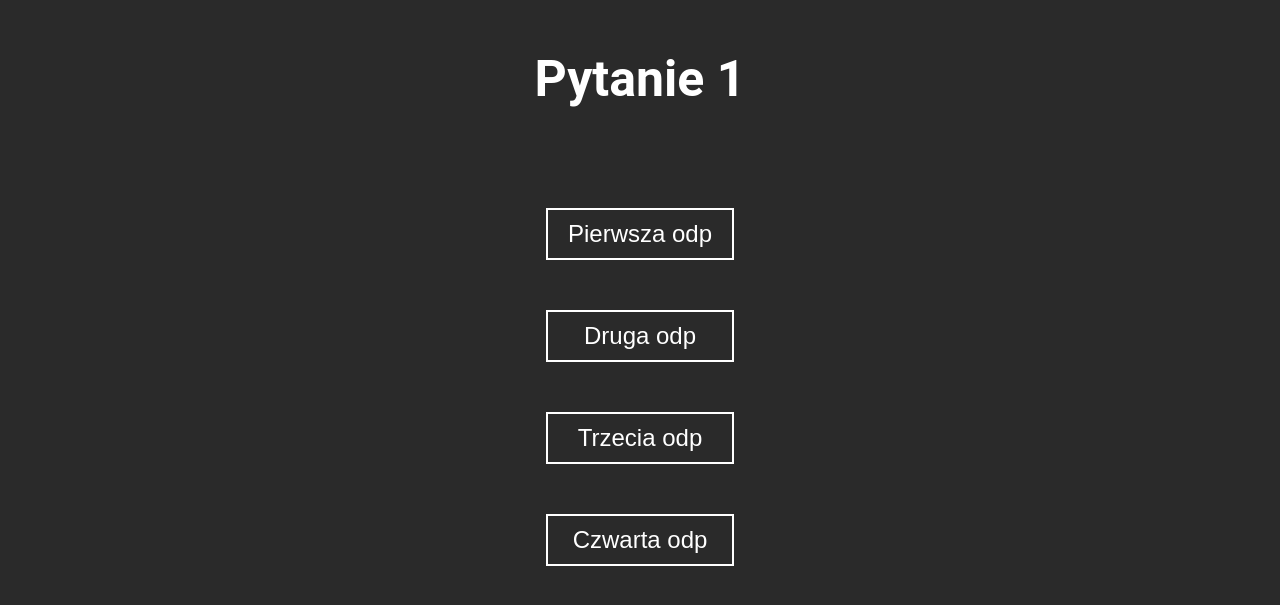
Repository: BaczkiewiczDawid/weatherApp
Page: index.html
These files come from the project's save history. The page is drawn as it stood at one moment and after the next save; the edit follows.
The browser window is 1280 px wide. The pictures show the whole page.

Above is the page before, as saved 2020-02-22 18:39:21.
Console error: TypeError: Cannot read properties of null (reading 'addEventListener')

### index.html
<!DOCTYPE html>
<head>
    <link rel="stylesheet" href="style.css">
    <link href="https://fonts.googleapis.com/css?family=Montserrat:300,400,500,700,900&display=swap" rel="stylesheet">
    <meta name="viewport" content="width=device-width, initial-scale=1.0">
    <meta charset="UTF-8">
</head>
<body onload="result()">
    <h1 class="h1">Pytanie 1</h1>
    <div class="ask">
        <button class="buttonFirst" type="button">Pierwsza odp</button>
        <button class="buttonTwo" type="button">Druga odp</button>
        <button class="buttonThree" type="button">Trzecia odp</button>
        <button class="buttonFour" type="button">Czwarta odp</button>
    </div>
    <script src="app.js"></script>
</body>

### style.css
* {
    margin: 0;
    padding: 0;
    box-sizing: border-box;
}
body, html {
    background: #2a2a2a;
    font-family: 'Roboto', sans-serif;
}
h1 {
    color: white;
    font-size: 50px;
    display: flex;
    text-align: center;
    justify-content: center;
    margin-top: 50px;
}
.ask {
    display: grid;
    justify-content: center;
    margin-top: 50px;
}
button {
    background: transparent;
    color: white;
    border: 2px solid white;
    padding: 10px 20px;
    margin-top: 50px;
    font-size: 24px;
    cursor: pointer;
}
button:hover {
    background: white;
    color: #2a2a2a;
}

### app.js
const questionOne = {
    title: "Która liczba jest największa?",
    first: "2",
    two: "53",
    three: "-43",
    four: "64"
}

const h1 = document.querySelector("h1");
const buttonFirst = document.querySelector("buttonFirst").addEventListener("click", result);
const buttonTwo = document.querySelector("buttonTwo").addEventListener("click", result);
const buttonThree = document.querySelector("buttonTwo").addEventListener("click", result);
const buttonFour = document.querySelector("buttonTwo").addEventListener("click", result);

function result() {
    h1.textContent = questionOne(title);
}

After the next save:
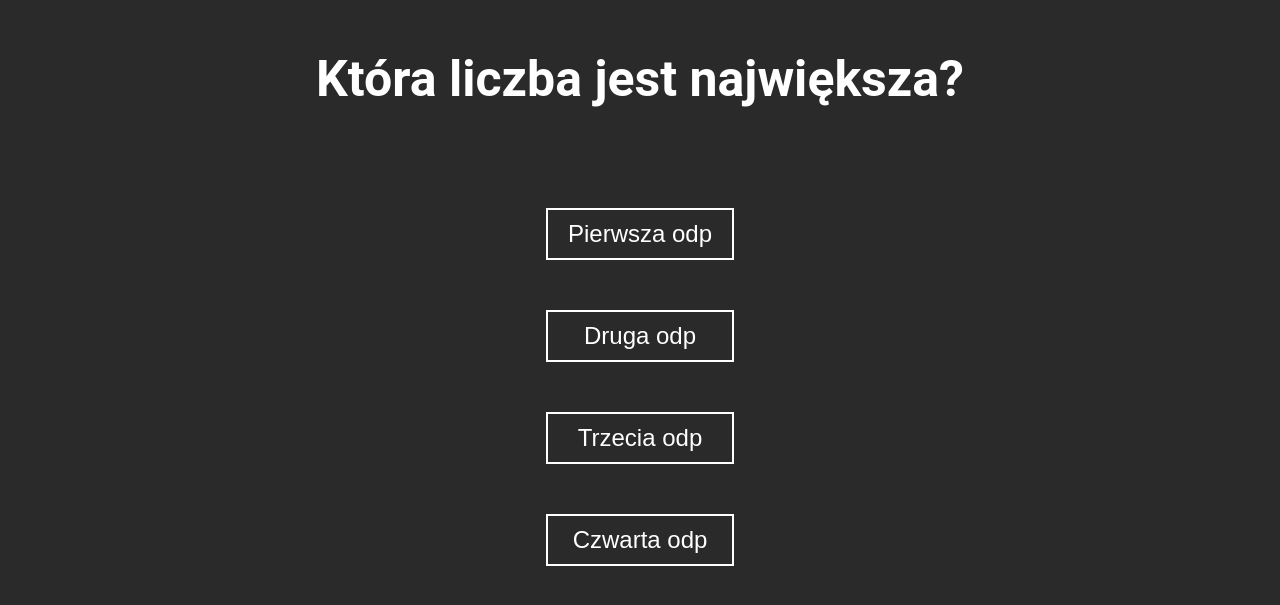
Saved 58 s later.
--- a/app.js
+++ b/app.js
@@ -13,5 +13,5 @@ const buttonThree = document.querySelector("buttonTwo").addEventListener("click"
 const buttonFour = document.querySelector("buttonTwo").addEventListener("click", result);
 
 function result() {
-    h1.textContent = questionOne(title);
+    h1.textContent = questionOne.title;
 }
